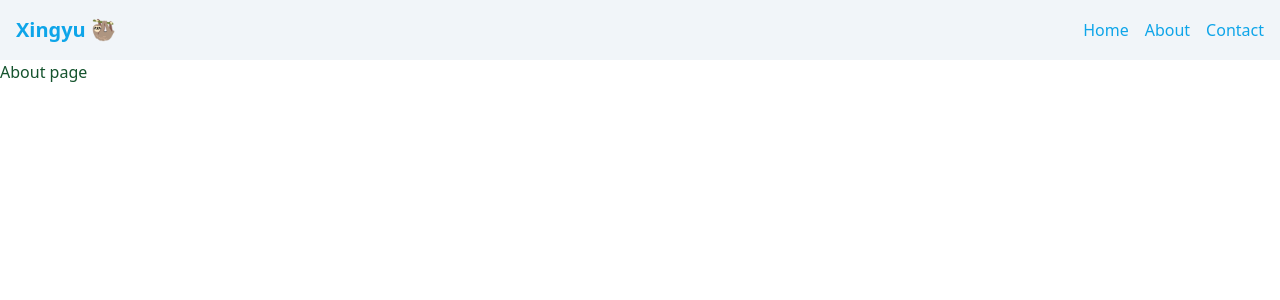
Repository: therealcyberlord/personal-portfolio
Page: /about
These files come from the project's save history. The page is drawn as it stood at one moment and after the next save; the edit follows.
The browser window is 1280 px wide. The pictures show the whole page.
The project was rebuilt for these pictures with package versions that can differ from the ones it lists, and the page was loaded fresh each time. Also part of the build but not shown: vite.config.ts, src/components/Profile.tsx, src/pages/Home.tsx.

Above is the page before, as saved 2023-07-22 22:14:50.

After the next save:
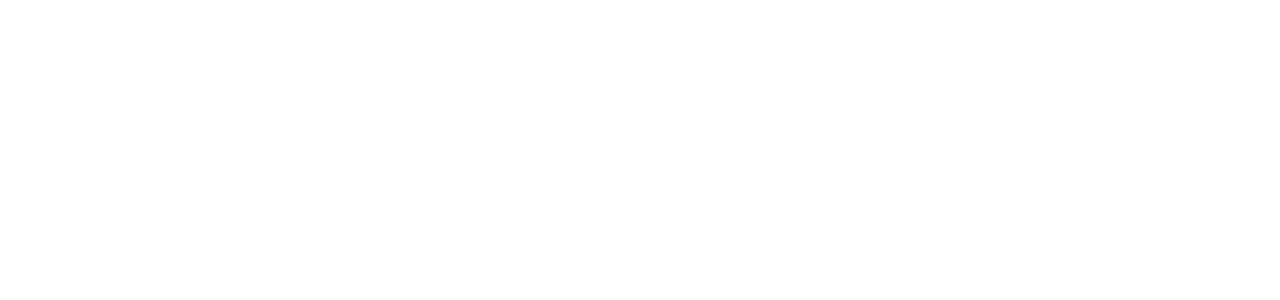
Console error (its wording comes from the project's code and is left out).
Saved 49 s later.
--- a/src/App.tsx
+++ b/src/App.tsx
@@ -9,6 +9,7 @@
       <Navbar />
 
       <Routes>
+        <div className="container mx-auto"></div>
         <Route path="/" element={<Home />} />
         <Route path="/about" element={<About />} />
       </Routes>

After the 2 saves that followed:
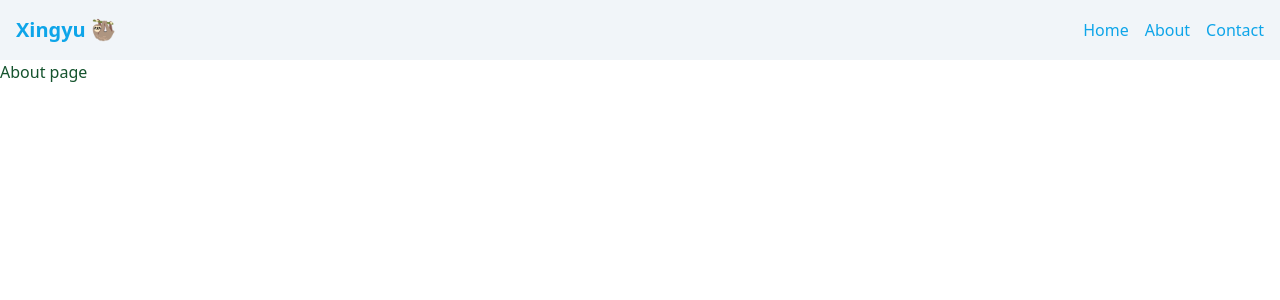
The error is gone.
The 2 saves are shown as one change because 1 left the picture as it was.
The last was saved 27 s later.
--- a/src/App.tsx
+++ b/src/App.tsx
@@ -9,7 +9,6 @@
       <Navbar />
 
       <Routes>
-        <div className="container mx-auto"></div>
         <Route path="/" element={<Home />} />
         <Route path="/about" element={<About />} />
       </Routes>
